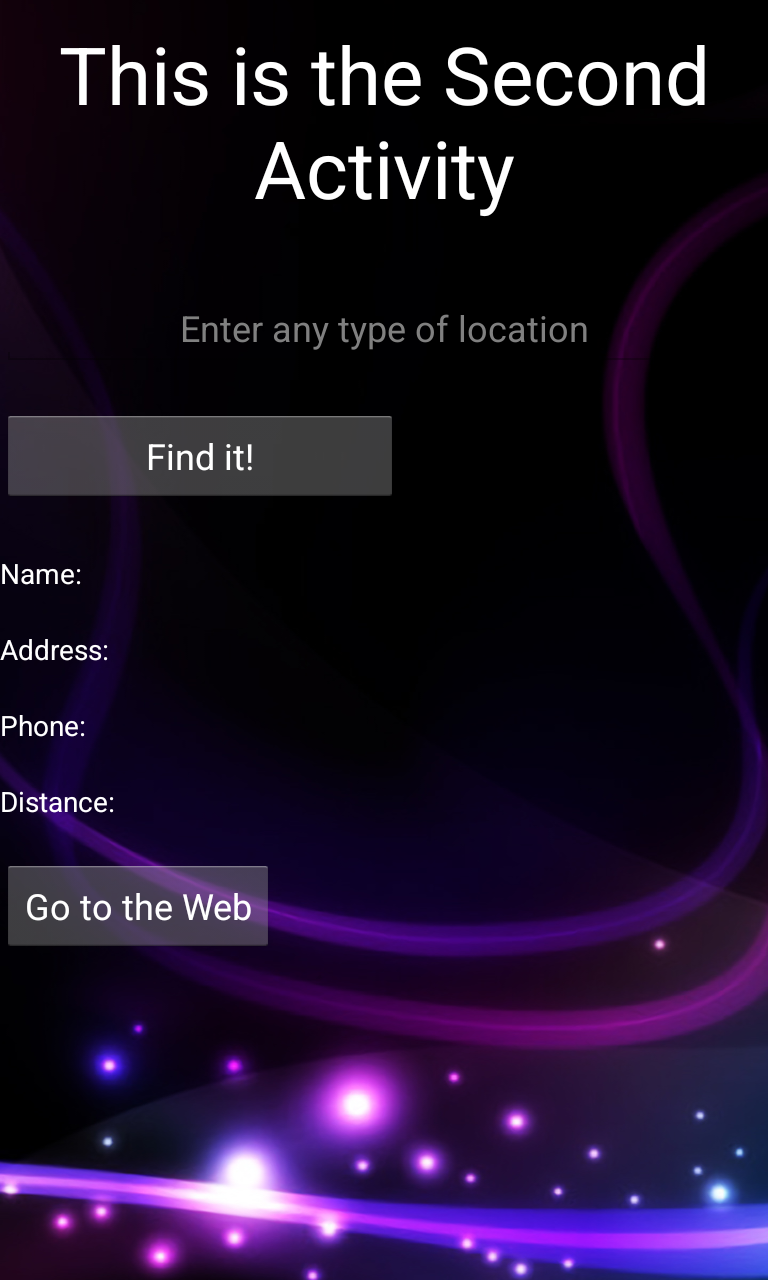
Repository: fsoDannis/workspace
Layout: findIt_3/res/layout/second.xml
These files come from the project's save history. The layout is drawn as it stood at one moment and after the next save; the edit follows.
It is drawn on a 768 x 1280 px phone screen (xhdpi) without system bars, with theme AppTheme; the app's code is not run.

Above is the layout before, as saved 2013-02-15 03:06:02.

### findIt_3/res/layout/second.xml
<?xml version="1.0" encoding="utf-8"?>
<LinearLayout xmlns:android="http://schemas.android.com/apk/res/android"
    android:layout_width="match_parent"
    android:layout_height="match_parent"
    android:background="@drawable/background2"
    android:orientation="vertical" >



    <TextView
        android:id="@+id/textView1"
        android:layout_width="fill_parent"
        android:layout_height="wrap_content"
        android:gravity="center"
        android:layout_marginBottom="10dp"
        android:paddingTop="10dp"
        android:text="This is the Second Activity"
        android:textColor="#FFFFFF"
        android:textSize="40sp" />


    <EditText
        android:id="@+id/editText1"
        android:layout_width="match_parent"
        android:layout_height="wrap_content"
        android:layout_alignParentLeft="true"
        android:layout_marginTop="24dp"
        android:ems="10"
        android:gravity="center_vertical|center_horizontal"
        android:hint="Enter any type of location"
        android:textColor="#FFFFFF" />


        <Button
        android:id="@+id/button1"
        android:layout_width="wrap_content"
        android:layout_height="wrap_content"
        android:layout_centerHorizontal="true"
        android:layout_marginTop="20dp"
        android:width="200dp"
        android:text="Find it!"
        android:textColor="#FFFFFF" />
<ScrollView
android:id="@+id/scrollView"
android:layout_width="fill_parent"
android:layout_height="fill_parent" >


<LinearLayout
    android:layout_width="match_parent"
    android:layout_height="match_parent"
    android:orientation="vertical" >

    <TextView
        android:id="@+id/nameLabel"
        android:layout_width="wrap_content"
        android:layout_height="wrap_content"
        android:layout_marginTop="25dp"
        android:textColor="#FFFFFF"
        android:text="Name: " />

    <TextView
        android:id="@+id/_name"
        android:layout_width="wrap_content"
        android:layout_height="wrap_content"
        android:textColor="#FFFFFF"
        android:text="" />

    <TextView
        android:id="@+id/addresssLabel"
        android:layout_width="wrap_content"
        android:layout_height="wrap_content"
        android:textColor="#FFFFFF"
        android:text="Address: " />

    <TextView
        android:id="@+id/_address"
        android:layout_width="wrap_content"
        android:layout_height="wrap_content"
        android:layout_below="@+id/_name"
        android:textColor="#FFFFFF"
        android:text="" />

    <TextView
        android:id="@+id/phoneLabel"
        android:layout_width="wrap_content"
        android:layout_height="wrap_content"
        android:textColor="#FFFFFF"
        android:text="Phone: " />

    <TextView
        android:id="@+id/_phone"
        android:layout_width="wrap_content"
        android:layout_height="wrap_content"
        android:textColor="#FFFFFF"
        android:text="" />

    <TextView
        android:id="@+id/distanceLabel"
        android:layout_width="wrap_content"
        android:layout_height="wrap_content"
        android:textColor="#FFFFFF"
        android:text="Distance: " />

    <TextView
        android:id="@+id/_distance"
        android:layout_width="wrap_content"
        android:layout_height="wrap_content"
        android:textColor="#FFFFFF"
        android:text="" />

    <Button
        android:id="@+id/button2"
        android:layout_width="wrap_content"
        android:layout_height="wrap_content"
        android:layout_centerHorizontal="true"
        android:text="Go to the Web"
        android:textColor="#FFFFFF" />

</LinearLayout>
  </ScrollView>

</LinearLayout>

Loaded but not shown: findIt_3/res/values/styles.xml (common file); findIt_3/res/values-v11/styles.xml (common file); findIt_3/res/values-v14/styles.xml (common file)

After the next save:
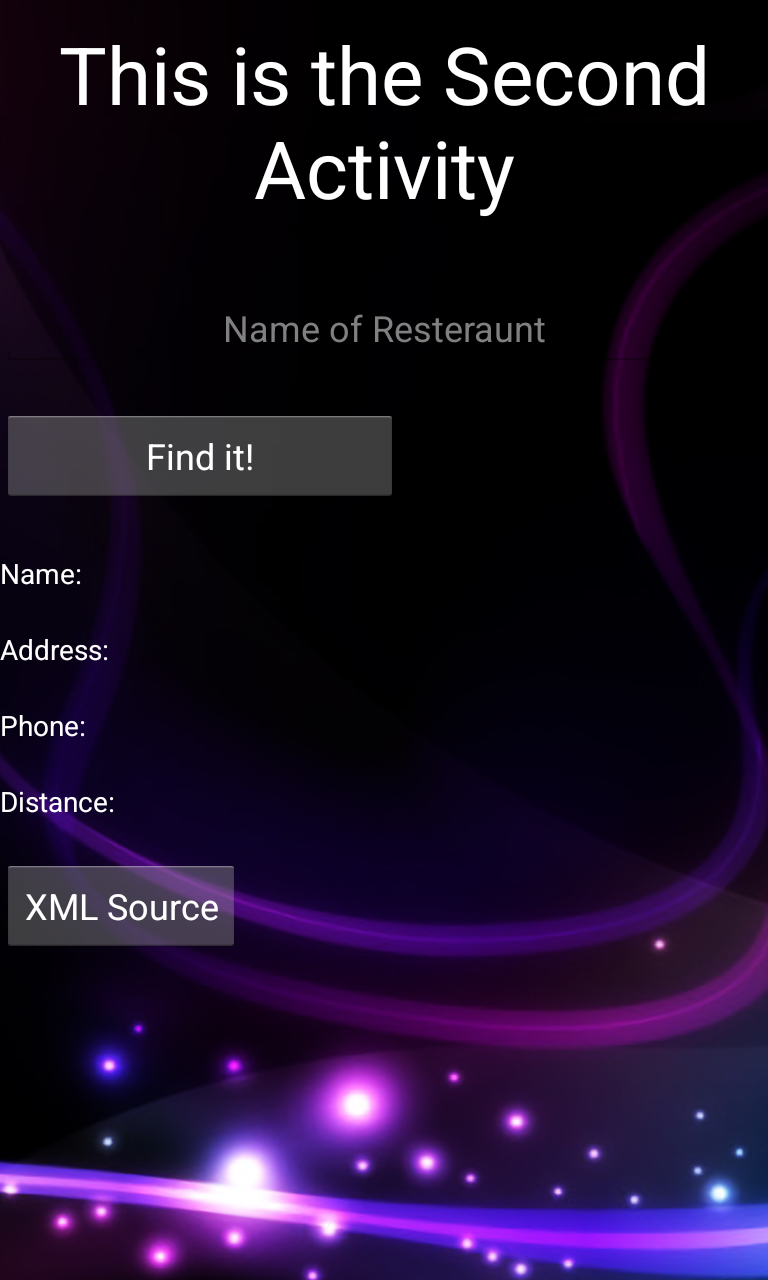
Saved 82 s later.
--- a/findIt_3/res/layout/second.xml
+++ b/findIt_3/res/layout/second.xml
@@ -27,7 +27,7 @@
         android:layout_marginTop="24dp"
         android:ems="10"
         android:gravity="center_vertical|center_horizontal"
-        android:hint="Enter any type of location"
+        android:hint="Name of Resteraunt"
         android:textColor="#FFFFFF" />
 
 
@@ -114,7 +114,7 @@ android:layout_height="fill_parent" >
         android:layout_width="wrap_content"
         android:layout_height="wrap_content"
         android:layout_centerHorizontal="true"
-        android:text="Go to the Web"
+        android:text="XML Source"
         android:textColor="#FFFFFF" />
 
 </LinearLayout>
